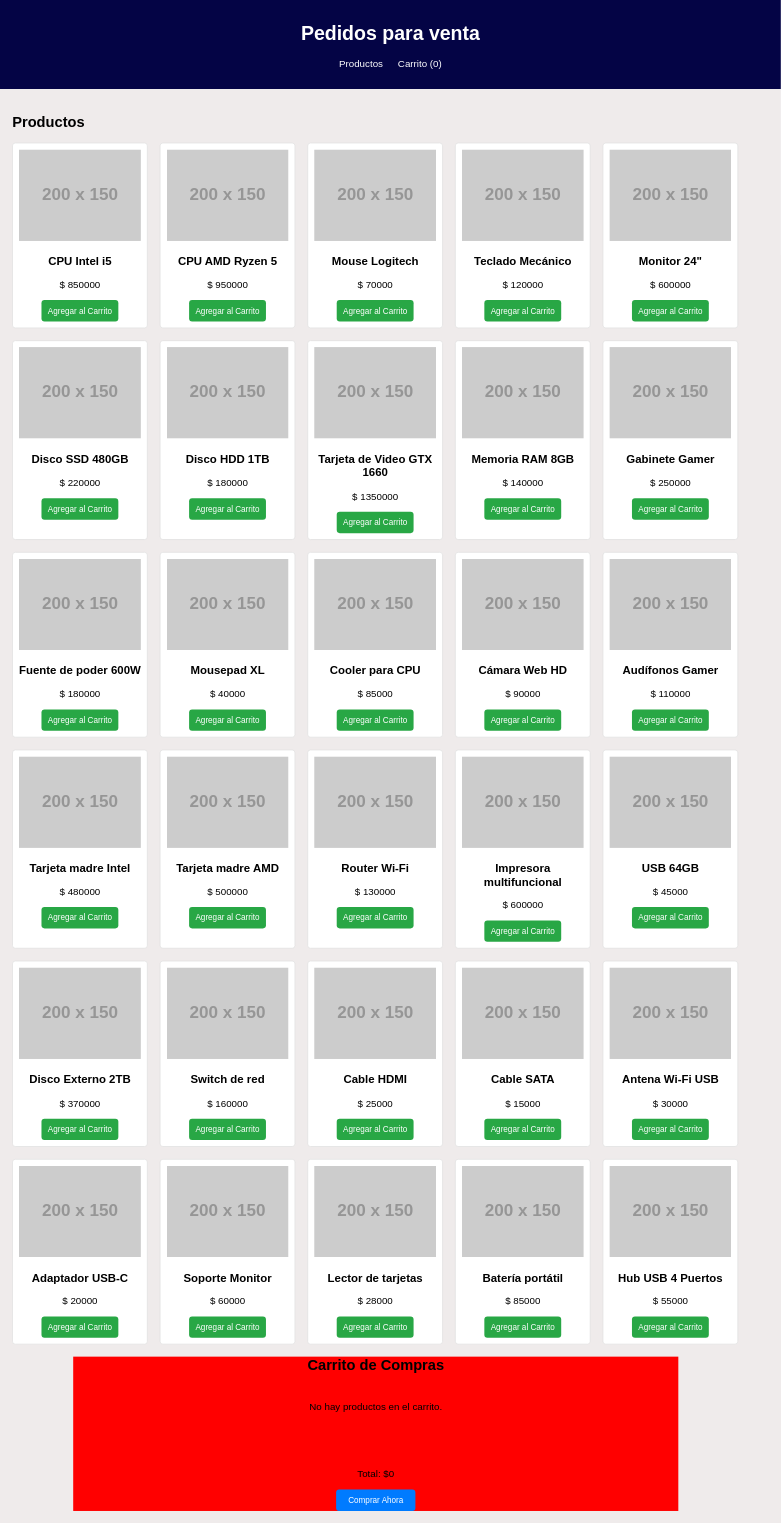
Repository: ye909/RAVPIP
Page: src/templei/ventasPortatil.html
An editor plug-in stored every save of this project. The page is shown before and after the next save, followed by the edit.
The browser window is 1280 px wide. The pictures show the whole page, at 61% of full size.

Above is the page before, as saved 2025-04-10 08:02:44.
Console error: ReferenceError: updateCart is not defined

After the next save:
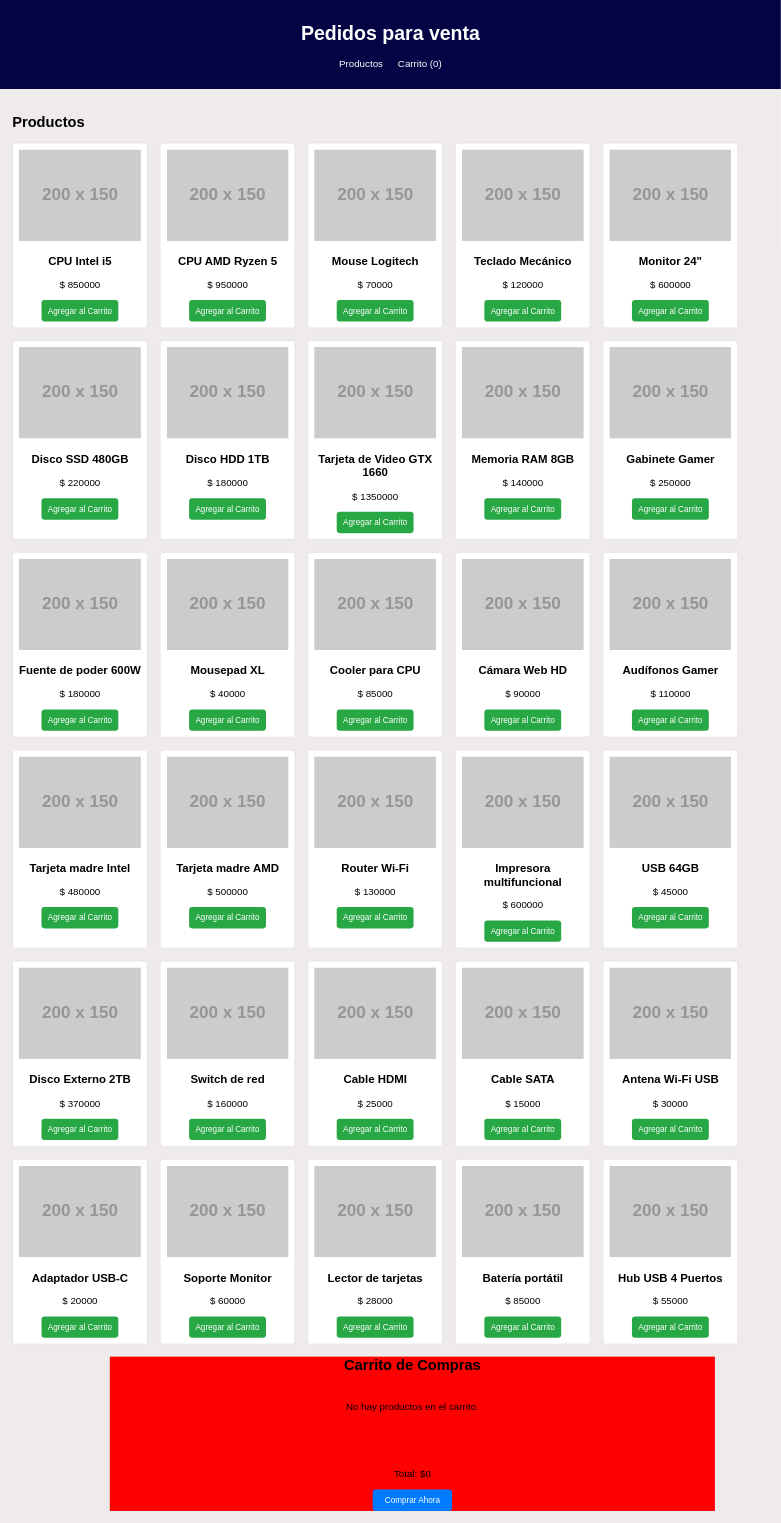
Saved 9 s later.
--- a/src/css/ventas.css
+++ b/src/css/ventas.css
@@ -91,7 +91,7 @@ body {
  text-align: center;
    background:red;
    width:80%;
-   margin-left: 100px;
+   margin-left: 160px;
   }
   #cart-items {
     min-height: 100px;
